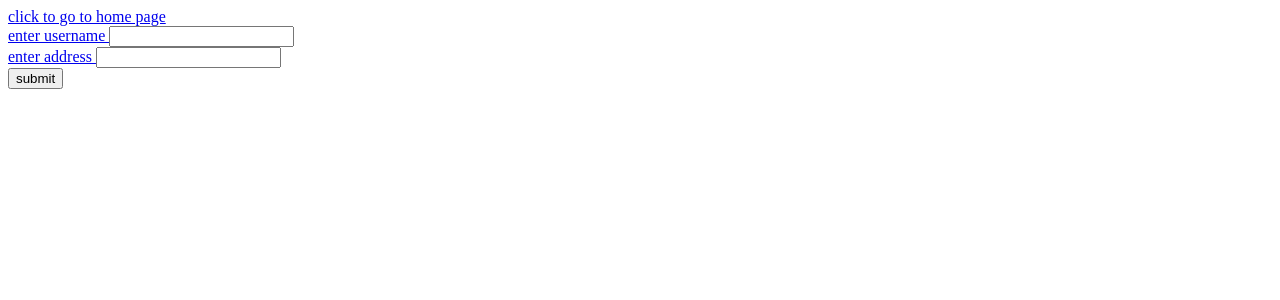
Repository: nihargowda/advancejavaBackend
Page: facebook/facebook/index.html
An editor plug-in stored every save of this project. The page is shown before and after the next save, followed by the edit.
The browser window is 1280 px wide. The pictures show the whole page.

Above is the page before, as saved 2020-10-19 15:24:17.

After the next save:
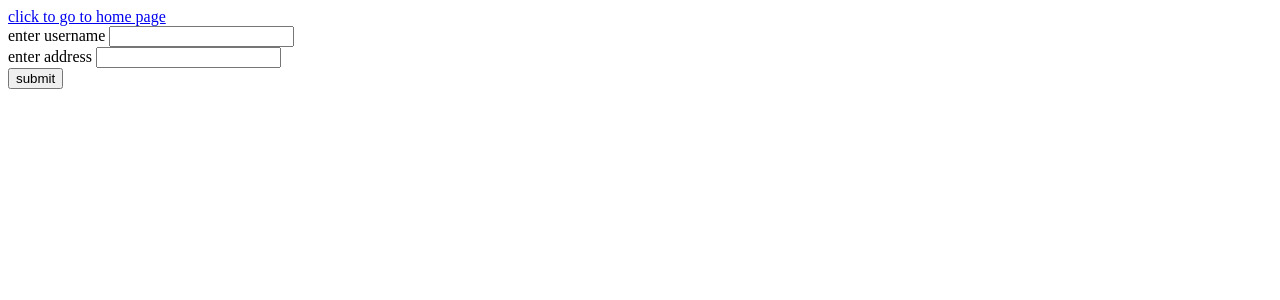
Saved 78 s later.
--- a/facebook/facebook/index.html
+++ b/facebook/facebook/index.html
@@ -5,7 +5,8 @@
 <title>Insert title here</title>
 </head>
 <body>
-<a href ="/facebook/gethandler?username= nihar&address= bangalore">click to go to home page
+<a href ="/facebook/gethandler?username= nihar&address= bangalore">click to go to home page</a>
+
 <form action="/facebook/posthandler" method="post">
 enter username <input type="text" name=" username"><br>
 enter address <input type="text" name= " address"><br>
